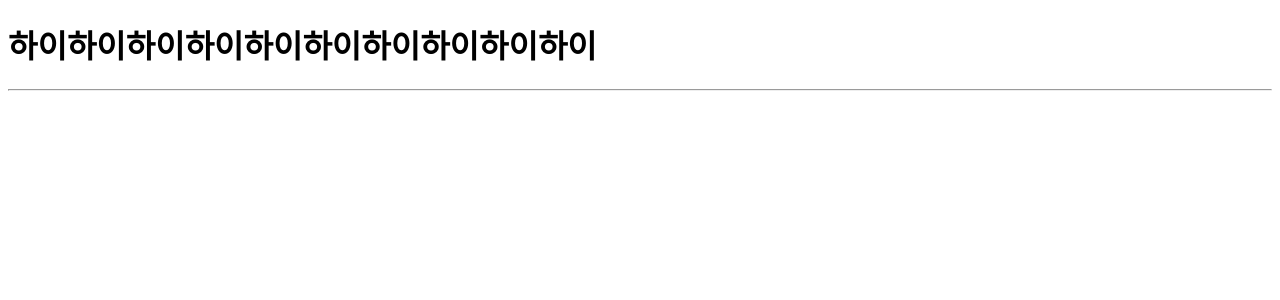
Repository: praivesi/mvc_workspace
Page: http://localhost/mvc/w20190115/jstlEx04.jsp
These files come from the project's save history. The page is drawn as it stood at one moment and after the next save; the edit follows.
The browser window is 1280 px wide. The pictures show the whole page.
The page is served by Tomcat 9. Other server files are loaded and not shown.

Above is the page before, as saved 2019-01-15 11:34:23.

### mvc/WebContent/w20190115/jstlEx04.jsp
<%@ page language="java" contentType="text/html; charset=UTF-8"
    pageEncoding="UTF-8"%>
    <%@ taglib uri="http://java.sun.com/jsp/jstl/core" prefix="c" %>
<!DOCTYPE html>
<html>
<head>
<meta charset="UTF-8">
<title>jstlEx04.jsp</title>
</head>
<body>
	<!-- 반복문 -->
	<h1>
		<c:forEach begin="1" end="10" step="1">하이</c:forEach>
	</h1>
	<hr/>
	<h2>
		<c:forEach var="i" begin="1" end="10" step="2"></c:forEach>
	</h2>
</body>
</html>

After the next save:
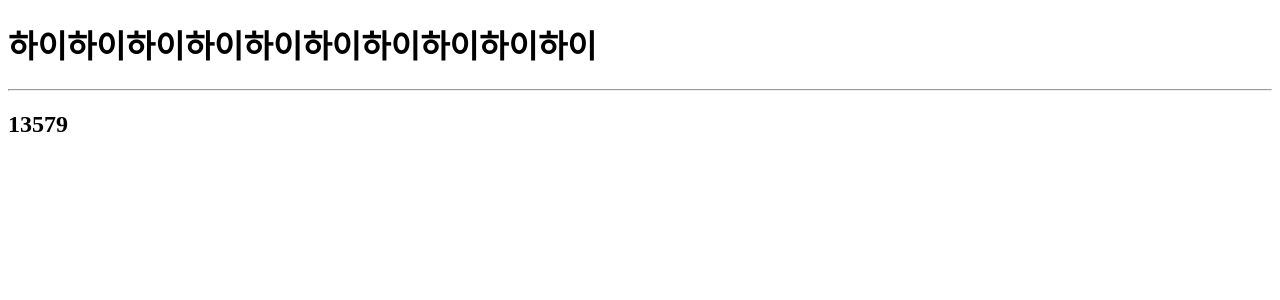
Saved 8 s later.
--- a/mvc/WebContent/w20190115/jstlEx04.jsp
+++ b/mvc/WebContent/w20190115/jstlEx04.jsp
@@ -14,7 +14,7 @@
 	</h1>
 	<hr/>
 	<h2>
-		<c:forEach var="i" begin="1" end="10" step="2"></c:forEach>
+		<c:forEach var="i" begin="1" end="10" step="2">${i }</c:forEach>
 	</h2>
 </body>
 </html>
